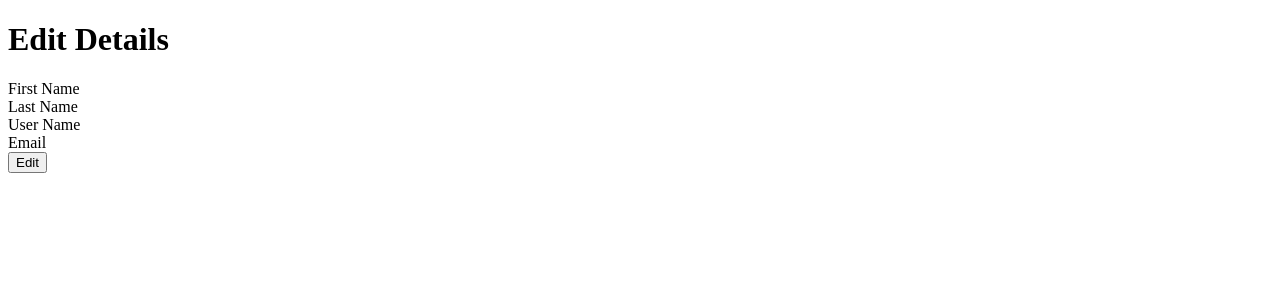
Repository: Sonalitanika/Assigment_IT17048842
Page: Lab09/WebContent/EditUser.html
These files come from the project's save history. The page is drawn as it stood at one moment and after the next save; the edit follows.
The browser window is 1280 px wide. The pictures show the whole page.

Above is the page before, as saved 2019-05-25 16:52:15.

After the next save:
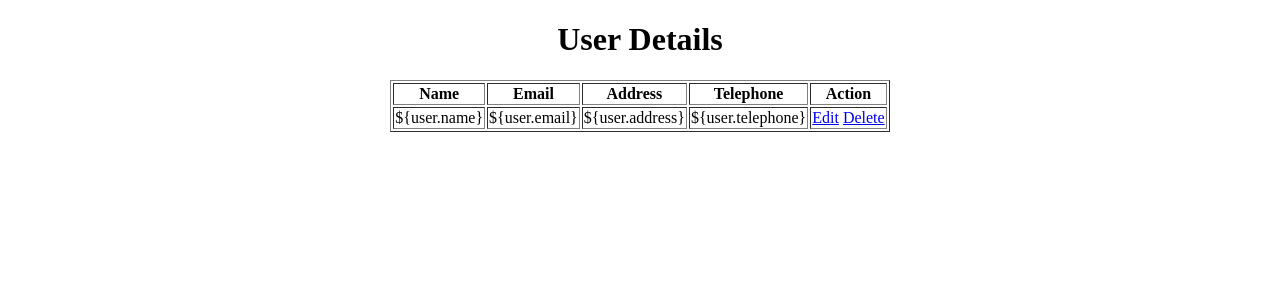
Saved 75 s later.
--- a/Lab09/WebContent/EditUser.html
+++ b/Lab09/WebContent/EditUser.html
@@ -2,80 +2,38 @@
 <!DOCTYPE html>
 <html>
 <head>
-<meta charset="ISO-8859-1">
+<meta charset="utf-8">
 <title>Insert title here</title>
+<script type="text/javascript" src="js/jquery-3.4.1.min.js"></script>
 </head>
 <body>
-<div class="form-container">
+ <div align="center">
+        <h1>User Details</h1>
+        <h3>
 
- 	<h1>Edit Details</h1>
+        </h3>
+        <table border="1">
 
-	<form:form method="POST" modelAttribute="User"  class="form-horizontal" action="/springexample/editsave">
+            <th>Name</th>
+            <th>Email</th>
+            <th>Address</th>
+            <th>Telephone</th>
+            <th>Action</th>
 
-<div class="row">
-			<div class="form-group col-md-12">
-				<div class="col-md-7">
-					<form:hidden path="id"  class="form-control input-sm"/>
-					<div class="has-error">
-				</div>
-				</div>
-			</div>
-		</div>
-		<div class="row">
-			<div class="form-group col-md-12">
-				<label class="col-md-3 control-lable" for="firstName">First Name</label>
-				<div class="col-md-7">
-					<form:input type="text" path="firstName" id="firstName" class="form-control input-sm"/>
-					<div class="has-error">
-						<form:errors path="firstName" class="help-inline"/>
-					</div>
-				</div>
-			</div>
-		</div>
+            <c:forEach var="User" items="${listUser}">
+                <tr>
 
-		<div class="row">
-			<div class="form-group col-md-12">
-				<label class="col-md-3 control-lable" for="lastName">Last Name</label>
-				<div class="col-md-7">
-					<form:input type="text" path="lastName" id="lastName" class="form-control input-sm"/>
-					<div class="has-error">
-						<form:errors path="lastName" class="help-inline"/>
-					</div>
-				</div>
-			</div>
-		</div>
-		<div class="row">
-			<div class="form-group col-md-12">
-				<label class="col-md-3 control-lable" for="UserName">User Name</label>
-				<div class="col-md-7">
-					<form:input type="text" path="UserName" id="UserName" class="form-control input-sm"/>
-					<div class="has-error">
-						<form:errors path="UserName" class="help-inline"/>
-					</div>
-				</div>
-			</div>
-		</div>
+                    <td>${user.name}</td>
+                    <td>${user.email}</td>
+                    <td>${user.address}</td>
+                    <td>${user.telephone}</td>
+                    <td><a href="editUser?id=${user.id}">Edit</a>
+                             <a
+                        href="deleteUser?id=${user.id}">Delete</a></td>
 
-
-		<div class="row">
-			<div class="form-group col-md-12">
-				<label class="col-md-3 control-lable" for="email">Email</label>
-				<div class="col-md-7">
-					<form:input type="text" path="email" id="email" class="form-control input-sm"/>
-					<div class="has-error">
-						<form:errors path="email" class="help-inline"/>
-					</div>
-				</div>
-			</div>
-		</div>
-
-
-		<div class="row">
-			<div class="form-actions floatRight">
-				<input type="submit" value="Edit" class="btn btn-primary btn-sm">
-			</div>
-		</div>
-	</form:form>
-	</div>
+                </tr>
+            </c:forEach>
+        </table>
+    </div>
 </body>
 </html>
